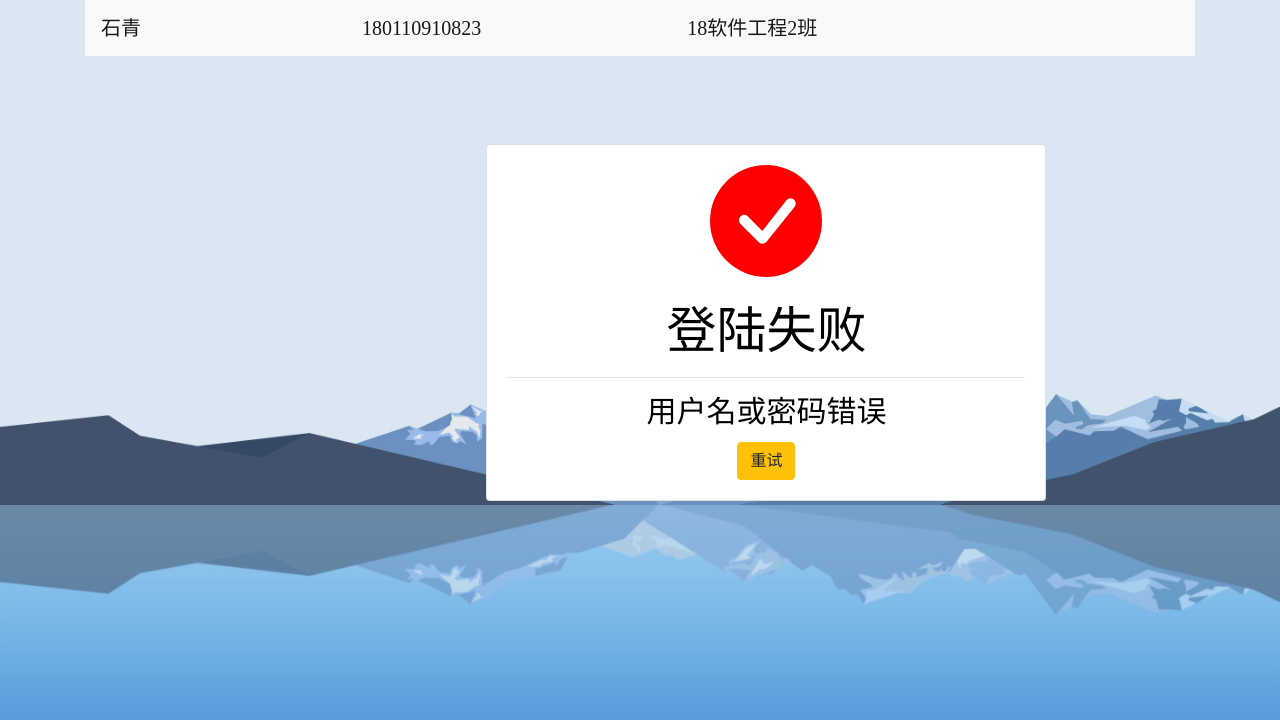
Repository: sqsssq/JavaWeb
Page: class1/IDEA/web/failure.html
The author's editor kept a copy of each file at every save. The page is drawn from the files as they stood at one save, then again after the next save.
The browser window is 1280 px wide. The pictures show the whole page.

Above is the page before, as saved 2020-09-25 01:02:45.

### class1/IDEA/web/failure.html
<!--
 * @Author: your name
 * @Date: 2020-09-23 10:46:47
 * @LastEditTime: 2020-09-25 01:02:45
 * @LastEditors: Please set LastEditors
 * @Description: In User Settings Edit
 * @FilePath: \IDEA\web\successful.html
-->
<!DOCTYPE html>
<html lang="en">

<head>
    <meta charset="UTF-8">
    <meta name="viewport" content="width=device-width, initial-scale=1, shrink-to-fit=no">
    <link rel="stylesheet" href="https://cdn.jsdelivr.net/npm/bootstrap@4.5.0/dist/css/bootstrap.min.css"
        integrity="sha384-9aIt2nRpC12Uk9gS9baDl411NQApFmC26EwAOH8WgZl5MYYxFfc+NcPb1dKGj7Sk" crossorigin="anonymous">
    <script src="https://cdn.jsdelivr.net/npm/jquery@3.5.1/dist/jquery.slim.min.js"
        integrity="sha384-DfXdz2htPH0lsSSs5nCTpuj/zy4C+OGpamoFVy38MVBnE+IbbVYUew+OrCXaRkfj" crossorigin="anonymous">
    </script>
    <script src="https://cdn.jsdelivr.net/npm/popper.js@1.16.0/dist/umd/popper.min.js"
        integrity="sha384-Q6E9RHvbIyZFJoft+2mJbHaEWldlvI9IOYy5n3zV9zzTtmI3UksdQRVvoxMfooAo" crossorigin="anonymous">
    </script>
    <script src="https://cdn.jsdelivr.net/npm/bootstrap@4.5.0/dist/js/bootstrap.min.js"
        integrity="sha384-OgVRvuATP1z7JjHLkuOU7Xw704+h835Lr+6QL9UvYjZE3Ipu6Tp75j7Bh/kR0JKI" crossorigin="anonymous">
    </script>

    <title>Title</title>
    <style>
        html {
            height: 100%;
        }

        body {
            height: 100%;
            background-image: url("./img/bcg2.jpg");
            background-repeat: no-repeat;
            background-size: 100% 100%;
            background-position: center center;
        }
    </style>
</head>

<body>
    <div class="container" style="font-family: 华文行楷;">
        <nav class="navbar navbar-expand-lg navbar-light bg-light">
            <a class="navbar-brand" href="#">石青
                &nbsp;&nbsp;&nbsp;&nbsp;&nbsp;&nbsp;&nbsp;&nbsp;&nbsp;&nbsp;&nbsp;&nbsp;&nbsp;&nbsp;&nbsp;&nbsp;&nbsp;&nbsp;&nbsp;&nbsp;&nbsp;&nbsp;&nbsp;&nbsp;&nbsp;&nbsp;&nbsp;&nbsp;&nbsp;&nbsp;&nbsp;&nbsp;&nbsp;&nbsp;&nbsp;&nbsp;&nbsp;&nbsp;&nbsp;&nbsp;</a>
            <a class="navbar-brand"
                href="#">180110910823&nbsp;&nbsp;&nbsp;&nbsp;&nbsp;&nbsp;&nbsp;&nbsp;&nbsp;&nbsp;&nbsp;&nbsp;&nbsp;&nbsp;&nbsp;&nbsp;&nbsp;&nbsp;&nbsp;&nbsp;&nbsp;&nbsp;&nbsp;&nbsp;&nbsp;&nbsp;&nbsp;&nbsp;&nbsp;&nbsp;&nbsp;&nbsp;&nbsp;&nbsp;&nbsp;&nbsp;&nbsp;&nbsp;</a>
            <a class="navbar-brand" href="#">18软件工程2班</a>

        </nav>
        <form method="post" action="loginAction.jsp">

            <!--    <form>-->
            <div class="card"
                style="width: 35rem; position:absolute; left: 38%; float: left; top: 20%; background-color: white;">
                <div class="card-body" style="text-align: center;">

                    <!-- <img src="..." class="card-img-top" alt="..."> -->
                    <svg width="7em" height="7em" viewBox="0 0 16 16" class="bi bi-exclamation-circle-fill"" fill="red"
                        xmlns="http://www.w3.org/2000/svg">
                        <path fill-rule="evenodd"
                            d="M16 8A8 8 0 1 1 0 8a8 8 0 0 1 16 0zm-3.97-3.03a.75.75 0 0 0-1.08.022L7.477 9.417 5.384 7.323a.75.75 0 0 0-1.06 1.06L6.97 11.03a.75.75 0 0 0 1.079-.02l3.992-4.99a.75.75 0 0 0-.01-1.05z" />
                    </svg>
                    <br> <br>
                    <h3 class="card-title" style="color: black; font-size: 50px;">登陆失败</h3>
                    <hr>
                    <h3 class="card-title" style="color: black; font-size: 30px;">用户名或密码错误</h3>
                    <input class="btn btn-warning" value="重试" id="btn1" type="submit">
                    <!--            <input  class="btn btn-success" value="注册" id="btn2" type="submit">-->
                    <!--            <button class="btn btn-block" id="btn">登陆</button>-->
                </div>
            </div>
        </form>
    </div>
</body>

</html>

After the next save:
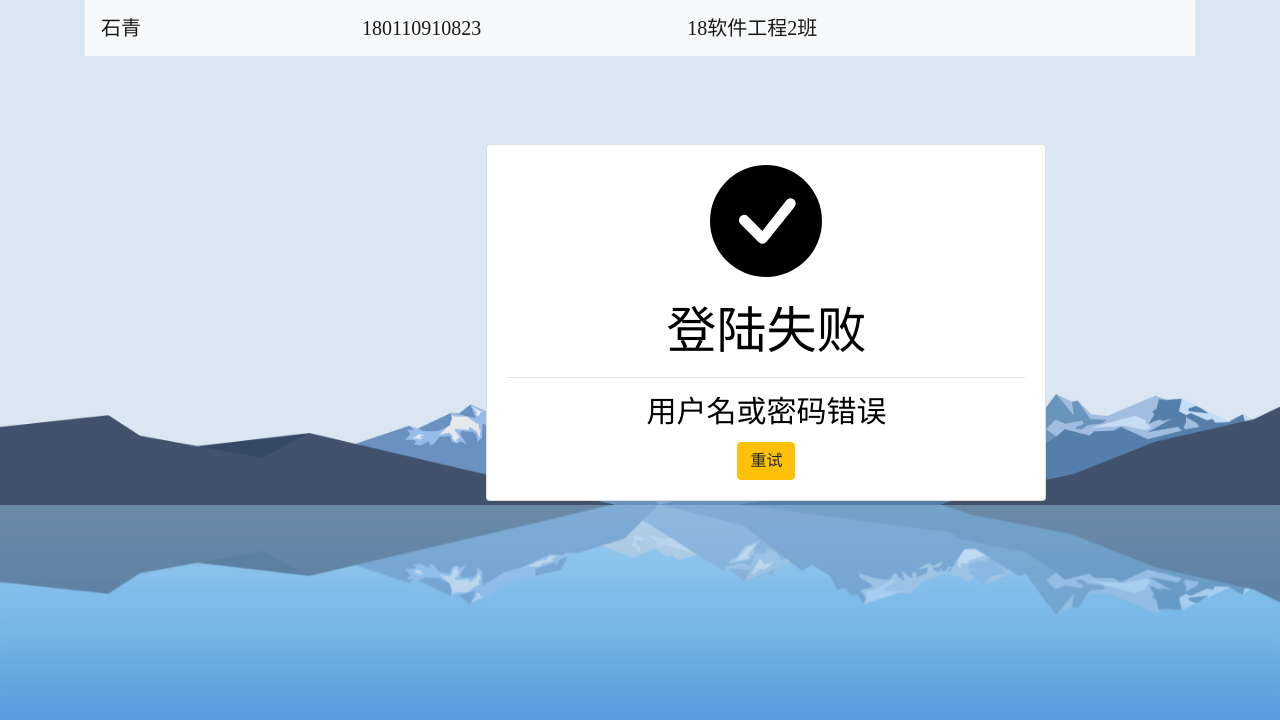
Saved 18 s later.
--- a/class1/IDEA/web/failure.html
+++ b/class1/IDEA/web/failure.html
@@ -1,7 +1,7 @@
 <!--
  * @Author: your name
  * @Date: 2020-09-23 10:46:47
- * @LastEditTime: 2020-09-25 01:02:45
+ * @LastEditTime: 2020-09-25 01:03:03
  * @LastEditors: Please set LastEditors
  * @Description: In User Settings Edit
  * @FilePath: \IDEA\web\successful.html
@@ -58,7 +58,7 @@
                 <div class="card-body" style="text-align: center;">
 
                     <!-- <img src="..." class="card-img-top" alt="..."> -->
-                    <svg width="7em" height="7em" viewBox="0 0 16 16" class="bi bi-exclamation-circle-fill"" fill="red"
+                    <svg width="7em" height="7em" viewBox="0 0 16 16" class="bi bi-exclamation-circle-fill fill="red"
                         xmlns="http://www.w3.org/2000/svg">
                         <path fill-rule="evenodd"
                             d="M16 8A8 8 0 1 1 0 8a8 8 0 0 1 16 0zm-3.97-3.03a.75.75 0 0 0-1.08.022L7.477 9.417 5.384 7.323a.75.75 0 0 0-1.06 1.06L6.97 11.03a.75.75 0 0 0 1.079-.02l3.992-4.99a.75.75 0 0 0-.01-1.05z" />

After the save that followed:
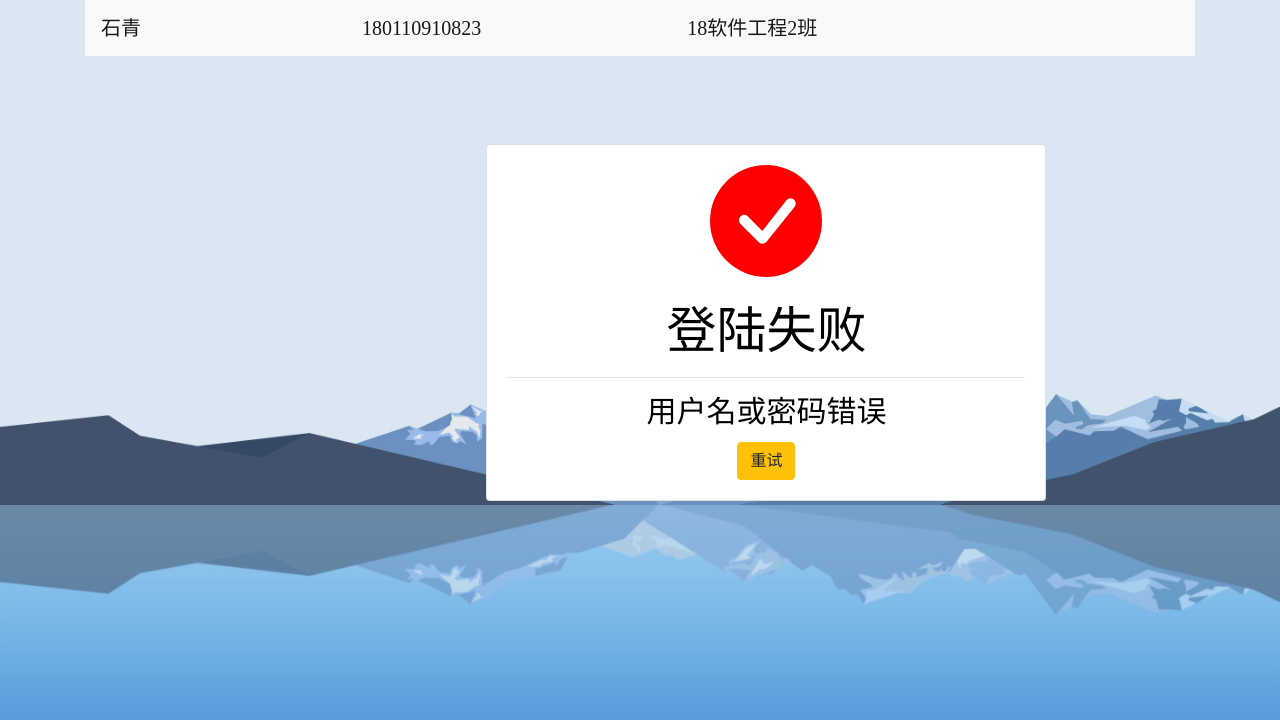
Saved 3 s later.
--- a/class1/IDEA/web/failure.html
+++ b/class1/IDEA/web/failure.html
@@ -58,7 +58,7 @@
                 <div class="card-body" style="text-align: center;">
 
                     <!-- <img src="..." class="card-img-top" alt="..."> -->
-                    <svg width="7em" height="7em" viewBox="0 0 16 16" class="bi bi-exclamation-circle-fill fill="red"
+                    <svg width="7em" height="7em" viewBox="0 0 16 16" class="bi bi-exclamation-circle-fill" fill="red"
                         xmlns="http://www.w3.org/2000/svg">
                         <path fill-rule="evenodd"
                             d="M16 8A8 8 0 1 1 0 8a8 8 0 0 1 16 0zm-3.97-3.03a.75.75 0 0 0-1.08.022L7.477 9.417 5.384 7.323a.75.75 0 0 0-1.06 1.06L6.97 11.03a.75.75 0 0 0 1.079-.02l3.992-4.99a.75.75 0 0 0-.01-1.05z" />
